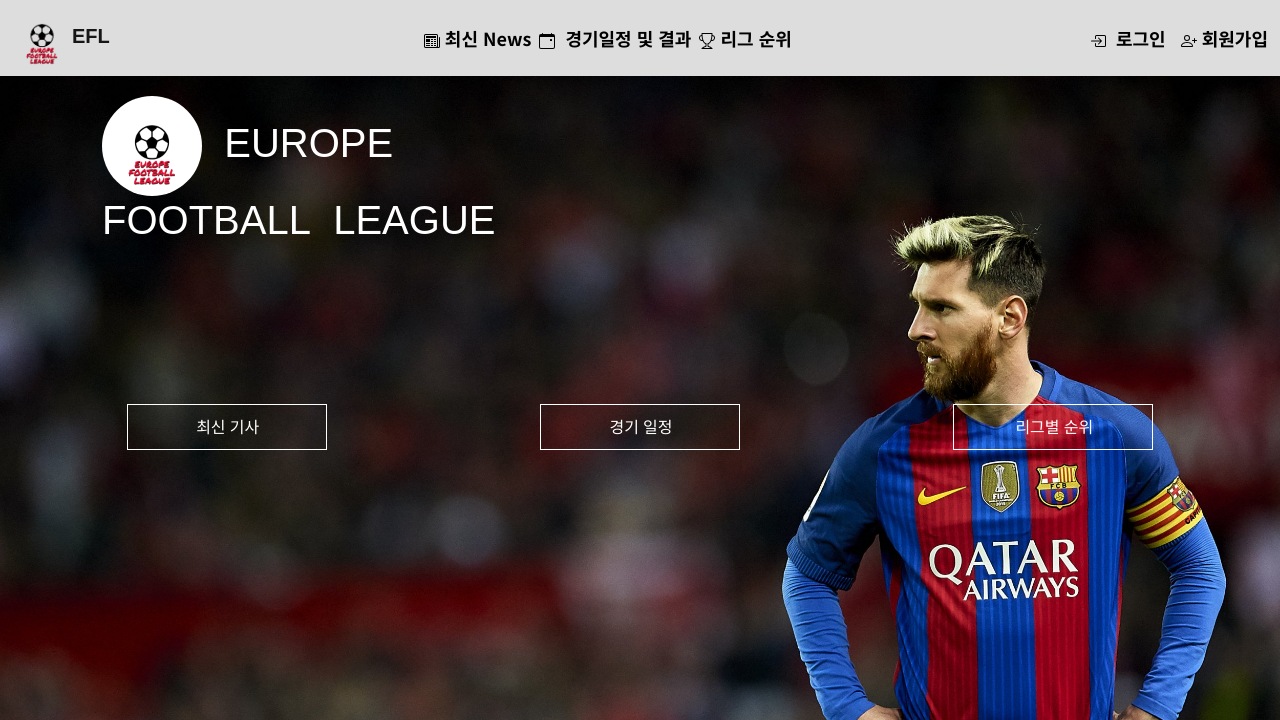
Repository: kylekimkim/uefa_project
Page: http://localhost/index
The author's editor kept a copy of each file at every save. The page is drawn from the files as they stood at one save, then again after the next save.
The browser window is 1280 px wide. The pictures show the whole page.
Some web fonts or font styles are not loaded; a fallback is used. The page is this project's Thymeleaf template; nobody is signed in. The template is opened directly, without the code that normally fills it, so the values that code supplies are empty.

Above is the page before, as saved 2022-07-22 08:27:21.

### uefa_project/src/main/resources/templates/index.html
<html lang="ko" xmlns:th="http:/www.thymeleaf.org">

	<head>
		<meta charset="UTF-8">
	</head>
	<style>
		body{
			background-image:url('/img/back.jpg');
			background-size:cover;
		}
		.logo{
			width:100px;
			background-color: white;
			border-radius:50px;
			padding:5px;
		}
		.menuList{
		border-radius:20px;
		display:flex;
		text-align:center;
		padding:20px;
		}
		.menuItem{
			width:200px;
			border:1px solid;
			color:white;
			margin:20px;
			text-align:center;
			margin:auto;
		}
		.menuBtn{
			width:200px;
			color:white;
			border:none;
			background-color: transparent;
			padding:10px;
		}
		.menuItem:hover{
			box-shadow:2px 2px 5px white;
			font-size:larger;
		}
	</style>
	<body>
		<header th:insert="header_nav.html"></header>
		<div class="container">
			<h1 style="color:white; margin:20px; font-family:'Mochiy Pop One', sans-serif;"><img class="logo" src="/img/logo.png" alt="league_image"> &nbsp;EUROPE<br>FOOTBALL&nbsp; LEAGUE</h1>
		</div>
		<br><br><br><br><br>
		<div class="menuList">
			<div class="menuItem">
				<button class="menuBtn" onclick="'#'">최신 기사</button>
			</div>
			<div class="menuItem">
				<button class="menuBtn" id="dropdown_btn slide-y" onclick="location.href='/match/2223/list.do'">경기 일정</button>
			</div>
			<div class="menuItem">
				<button class="menuBtn" onclick="location.href='/team/rank.do'">리그별 순위</button>
			</div>

		<div>
	</body>
</html>

### uefa_project/src/main/resources/templates/header_nav.html
<html lang="ko" xmlns:th="http://www.thymeleaf.org">
	<head>
	<meta charset="UTF-8">
		<link href="https://cdn.jsdelivr.net/npm/bootstrap@5.1.3/dist/css/bootstrap.min.css" rel="stylesheet" integrity="sha384-1BmE4kWBq78iYhFldvKuhfTAU6auU8tT94WrHftjDbrCEXSU1oBoqyl2QvZ6jIW3" crossorigin="anonymous">
		<script src="https://cdn.jsdelivr.net/npm/bootstrap@5.1.3/dist/js/bootstrap.bundle.min.js" integrity="sha384-ka7Sk0Gln4gmtz2MlQnikT1wXgYsOg+OMhuP+IlRH9sENBO0LRn5q+8nbTov4+1p" crossorigin="anonymous"></script>
	</head>
	<style>
	@import url('https://fonts.googleapis.com/css2?family=Do+Hyeon&display=swap');
	@import url('https://fonts.googleapis.com/css2?family=Noto+Sans+KR:wght@300&display=swap');
	@import url('https://fonts.googleapis.com/css2?family=Mochiy+Pop+One&display=swap');
	table{
			background-color:rgb(232, 232, 232);
			border-radius:20px;
			font-family: 'Do Hyeon', sans-serif;
			font-size:large;
			font-weight:700;
		}
	.admin{
		background-color: rgb(64, 64, 64);
	}
	#navItem{
		color:black;
	}
	#navItem:hover{
		color:blue;
		font-size:large;
	}
	nav{
		font-family: 'Noto Sans KR', sans-serif;
		font-size:large;
		font-weight:900;
	}
	.navLink{
		text-decoration:none;
	}
	.navLink:hover{

	}
	</style>
	<body>
		<nav class="navbar navbar-expand-lg navbar-light" style="background-color:rgb(221, 221, 221);">
			<div class="container-fluid">
			    <span style="font-family:'Mochiy Pop One', sans-serif;" ><a class="navbar-brand" href="/"><img src="/img/logo.png" alt="league_image" width=60px;>EFL</a></span>
				<div class="collapse navbar-collapse justify-content-between" id="navbarNavDropdown">
					<ul class="navbar-nav"  style="margin:auto">
						<li class="nav-item" style="margin:auto">
							<a class="nav-link" href="#" id="navItem">
								<svg xmlns="http://www.w3.org/2000/svg" width="16" height="16" fill="currentColor" class="bi bi-newspaper" viewBox="0 0 16 16">
								  <path d="M0 2.5A1.5 1.5 0 0 1 1.5 1h11A1.5 1.5 0 0 1 14 2.5v10.528c0 .3-.05.654-.238.972h.738a.5.5 0 0 0 .5-.5v-9a.5.5 0 0 1 1 0v9a1.5 1.5 0 0 1-1.5 1.5H1.497A1.497 1.497 0 0 1 0 13.5v-11zM12 14c.37 0 .654-.211.853-.441.092-.106.147-.279.147-.531V2.5a.5.5 0 0 0-.5-.5h-11a.5.5 0 0 0-.5.5v11c0 .278.223.5.497.5H12z"/>
								  <path d="M2 3h10v2H2V3zm0 3h4v3H2V6zm0 4h4v1H2v-1zm0 2h4v1H2v-1zm5-6h2v1H7V6zm3 0h2v1h-2V6zM7 8h2v1H7V8zm3 0h2v1h-2V8zm-3 2h2v1H7v-1zm3 0h2v1h-2v-1zm-3 2h2v1H7v-1zm3 0h2v1h-2v-1z"/>
								</svg>&nbsp;최신 News
							</a>
						</li>
						<li class="nav-item"  style="margin:auto">
							<a class="navLink" href="/match/2122/list.do" id="navItem">
								<svg xmlns="http://www.w3.org/2000/svg" width="16" height="16" fill="currentColor" class="bi bi-calendar-event" viewBox="0 0 16 16">
								  <path d="M11 6.5a.5.5 0 0 1 .5-.5h1a.5.5 0 0 1 .5.5v1a.5.5 0 0 1-.5.5h-1a.5.5 0 0 1-.5-.5v-1z"/>
								  <path d="M3.5 0a.5.5 0 0 1 .5.5V1h8V.5a.5.5 0 0 1 1 0V1h1a2 2 0 0 1 2 2v11a2 2 0 0 1-2 2H2a2 2 0 0 1-2-2V3a2 2 0 0 1 2-2h1V.5a.5.5 0 0 1 .5-.5zM1 4v10a1 1 0 0 0 1 1h12a1 1 0 0 0 1-1V4H1z"/>
								</svg> &nbsp;경기일정 및 결과
							</a>
						</li>
						<li class="nav-item"  style="margin:auto">
							<a class=nav-link href="/team/rank.do" id="navItem">
								<svg xmlns="http://www.w3.org/2000/svg" width="16" height="16" fill="currentColor" class="bi bi-trophy" viewBox="0 0 16 16">
								  <path d="M2.5.5A.5.5 0 0 1 3 0h10a.5.5 0 0 1 .5.5c0 .538-.012 1.05-.034 1.536a3 3 0 1 1-1.133 5.89c-.79 1.865-1.878 2.777-2.833 3.011v2.173l1.425.356c.194.048.377.135.537.255L13.3 15.1a.5.5 0 0 1-.3.9H3a.5.5 0 0 1-.3-.9l1.838-1.379c.16-.12.343-.207.537-.255L6.5 13.11v-2.173c-.955-.234-2.043-1.146-2.833-3.012a3 3 0 1 1-1.132-5.89A33.076 33.076 0 0 1 2.5.5zm.099 2.54a2 2 0 0 0 .72 3.935c-.333-1.05-.588-2.346-.72-3.935zm10.083 3.935a2 2 0 0 0 .72-3.935c-.133 1.59-.388 2.885-.72 3.935zM3.504 1c.007.517.026 1.006.056 1.469.13 2.028.457 3.546.87 4.667C5.294 9.48 6.484 10 7 10a.5.5 0 0 1 .5.5v2.61a1 1 0 0 1-.757.97l-1.426.356a.5.5 0 0 0-.179.085L4.5 15h7l-.638-.479a.501.501 0 0 0-.18-.085l-1.425-.356a1 1 0 0 1-.757-.97V10.5A.5.5 0 0 1 9 10c.516 0 1.706-.52 2.57-2.864.413-1.12.74-2.64.87-4.667.03-.463.049-.952.056-1.469H3.504z"/>
								</svg>&nbsp;리그 순위
							</a>
						</li>
						  <li class="nav-item dropdown" th:if="${session.memVo} and ${session.memVo.grade == 0}">
						    <a class="nav-link dropdown-toggle" data-bs-toggle="dropdown" href="#" role="button" aria-expanded="false" id="navItem">
						    	<svg xmlns="http://www.w3.org/2000/svg" width="16" height="16" fill="currentColor" class="bi bi-person-circle" viewBox="0 0 16 16">
								  <path d="M11 6a3 3 0 1 1-6 0 3 3 0 0 1 6 0z"/>
								  <path fill-rule="evenodd" d="M0 8a8 8 0 1 1 16 0A8 8 0 0 1 0 8zm8-7a7 7 0 0 0-5.468 11.37C3.242 11.226 4.805 10 8 10s4.757 1.225 5.468 2.37A7 7 0 0 0 8 1z"/>
								</svg>&nbsp;관리자 전용</a>
						    <ul class="dropdown-menu">
						      <li><a class="dropdown-item" href="/mem/list.do">멤버 관리</a></li>
						      <li><a class="dropdown-item" href="/team/list.do">Team 순위 관리</a></li>
						      <li><a class="dropdown-item" href="/admin/match/2122/list.do">경기 일정 관리 </a></li>
						    </ul>
						  </li>
					</ul>
					<div th:if="${session.memVo}">
						<svg  th:if="${session.memVo.grade == 0}" xmlns="http://www.w3.org/2000/svg" width="16" height="16" fill="currentColor" class="bi bi-person-circle" viewBox="0 0 16 16">
						  <path d="M11 6a3 3 0 1 1-6 0 3 3 0 0 1 6 0z"/>
						  <path fill-rule="evenodd" d="M0 8a8 8 0 1 1 16 0A8 8 0 0 1 0 8zm8-7a7 7 0 0 0-5.468 11.37C3.242 11.226 4.805 10 8 10s4.757 1.225 5.468 2.37A7 7 0 0 0 8 1z"/>
						</svg>
						<svg th:if="${session.memVo.grade != 0}" xmlns="http://www.w3.org/2000/svg" width="16" height="16" fill="currentColor" class="bi bi-person" viewBox="0 0 16 16">
						  <path d="M8 8a3 3 0 1 0 0-6 3 3 0 0 0 0 6zm2-3a2 2 0 1 1-4 0 2 2 0 0 1 4 0zm4 8c0 1-1 1-1 1H3s-1 0-1-1 1-4 6-4 6 3 6 4zm-1-.004c-.001-.246-.154-.986-.832-1.664C11.516 10.68 10.289 10 8 10c-2.29 0-3.516.68-4.168 1.332-.678.678-.83 1.418-.832 1.664h10z"/>
						</svg>
						<span th:text="${session.memVo}?${session.memVo.id}:''"></span>
						(<span th:text="${session.memVo?.name}"></span>)
						님 로그인
						&nbsp;&nbsp;
						<a  class="btn btn-outline-primary position-relative" th:href="@{/team/myteam(teamNum=${session.memVo.myteam})}" th:if="${session.memVo.myteam}">
							My Team
							</span>
						</a>
						<a  class="btn btn-outline-primary position-relative" th:href="@{/team/select(id=${session.memVo.id})}" th:if="${session.memVo.myteam==null}">
							My Team을 설정해보세요
							</span>
						</a>
						&nbsp;&nbsp;
						<a 	href="/mem/logout" style="text-decoration:none; color:black;">
							<svg xmlns="http://www.w3.org/2000/svg" width="16" height="16" fill="currentColor" class="bi bi-box-arrow-left" viewBox="0 0 16 16">
							  <path fill-rule="evenodd" d="M6 12.5a.5.5 0 0 0 .5.5h8a.5.5 0 0 0 .5-.5v-9a.5.5 0 0 0-.5-.5h-8a.5.5 0 0 0-.5.5v2a.5.5 0 0 1-1 0v-2A1.5 1.5 0 0 1 6.5 2h8A1.5 1.5 0 0 1 16 3.5v9a1.5 1.5 0 0 1-1.5 1.5h-8A1.5 1.5 0 0 1 5 12.5v-2a.5.5 0 0 1 1 0v2z"/>
							  <path fill-rule="evenodd" d="M.146 8.354a.5.5 0 0 1 0-.708l3-3a.5.5 0 1 1 .708.708L1.707 7.5H10.5a.5.5 0 0 1 0 1H1.707l2.147 2.146a.5.5 0 0 1-.708.708l-3-3z"/>
							</svg>&nbsp;로그아웃
						</a>

					</div>
	 				<div class="d-flex" th:if="!${session.memVo}">
						<a 	href="/mem/login" style="text-decoration:none; color:black;">
							<svg xmlns="http://www.w3.org/2000/svg" width="16" height="16" fill="currentColor" class="bi bi-box-arrow-in-right" viewBox="0 0 16 16">
							  <path fill-rule="evenodd" d="M6 3.5a.5.5 0 0 1 .5-.5h8a.5.5 0 0 1 .5.5v9a.5.5 0 0 1-.5.5h-8a.5.5 0 0 1-.5-.5v-2a.5.5 0 0 0-1 0v2A1.5 1.5 0 0 0 6.5 14h8a1.5 1.5 0 0 0 1.5-1.5v-9A1.5 1.5 0 0 0 14.5 2h-8A1.5 1.5 0 0 0 5 3.5v2a.5.5 0 0 0 1 0v-2z"/>
							  <path fill-rule="evenodd" d="M11.854 8.354a.5.5 0 0 0 0-.708l-3-3a.5.5 0 1 0-.708.708L10.293 7.5H1.5a.5.5 0 0 0 0 1h8.793l-2.147 2.146a.5.5 0 0 0 .708.708l3-3z"/>
							</svg> &nbsp;로그인
						</a>&nbsp;&nbsp;&nbsp;
						<a 	href="/mem/signup" style="text-decoration:none; color:black;">
							<svg xmlns="http://www.w3.org/2000/svg" width="16" height="16" fill="currentColor" class="bi bi-person-plus" viewBox="0 0 16 16">
							  <path d="M6 8a3 3 0 1 0 0-6 3 3 0 0 0 0 6zm2-3a2 2 0 1 1-4 0 2 2 0 0 1 4 0zm4 8c0 1-1 1-1 1H1s-1 0-1-1 1-4 6-4 6 3 6 4zm-1-.004c-.001-.246-.154-.986-.832-1.664C9.516 10.68 8.289 10 6 10c-2.29 0-3.516.68-4.168 1.332-.678.678-.83 1.418-.832 1.664h10z"/>
							  <path fill-rule="evenodd" d="M13.5 5a.5.5 0 0 1 .5.5V7h1.5a.5.5 0 0 1 0 1H14v1.5a.5.5 0 0 1-1 0V8h-1.5a.5.5 0 0 1 0-1H13V5.5a.5.5 0 0 1 .5-.5z"/>
							</svg>&nbsp;회원가입
						</a>
					</div>
				</div>
			</div>
		</nav>
	</body>
</html>

After the next save:
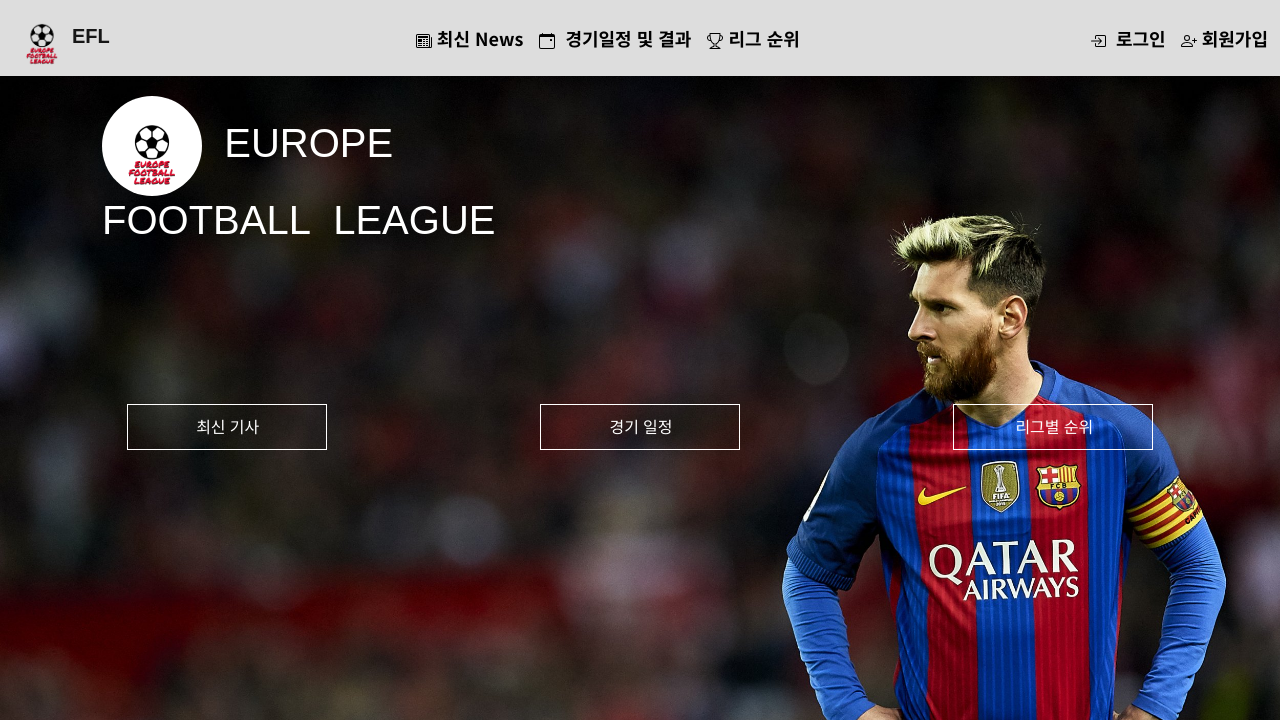
Saved 77 s later.
--- a/uefa_project/src/main/resources/templates/header_nav.html
+++ b/uefa_project/src/main/resources/templates/header_nav.html
@@ -30,12 +30,6 @@
 		font-size:large;
 		font-weight:900;
 	}
-	.navLink{
-		text-decoration:none;
-	}
-	.navLink:hover{
-
-	}
 	</style>
 	<body>
 		<nav class="navbar navbar-expand-lg navbar-light" style="background-color:rgb(221, 221, 221);">
@@ -52,7 +46,7 @@
 							</a>
 						</li>
 						<li class="nav-item"  style="margin:auto">
-							<a class="navLink" href="/match/2122/list.do" id="navItem">
+							<a class=nav-link href="/match/2122/list.do" id="navItem">
 								<svg xmlns="http://www.w3.org/2000/svg" width="16" height="16" fill="currentColor" class="bi bi-calendar-event" viewBox="0 0 16 16">
 								  <path d="M11 6.5a.5.5 0 0 1 .5-.5h1a.5.5 0 0 1 .5.5v1a.5.5 0 0 1-.5.5h-1a.5.5 0 0 1-.5-.5v-1z"/>
 								  <path d="M3.5 0a.5.5 0 0 1 .5.5V1h8V.5a.5.5 0 0 1 1 0V1h1a2 2 0 0 1 2 2v11a2 2 0 0 1-2 2H2a2 2 0 0 1-2-2V3a2 2 0 0 1 2-2h1V.5a.5.5 0 0 1 .5-.5zM1 4v10a1 1 0 0 0 1 1h12a1 1 0 0 0 1-1V4H1z"/>
